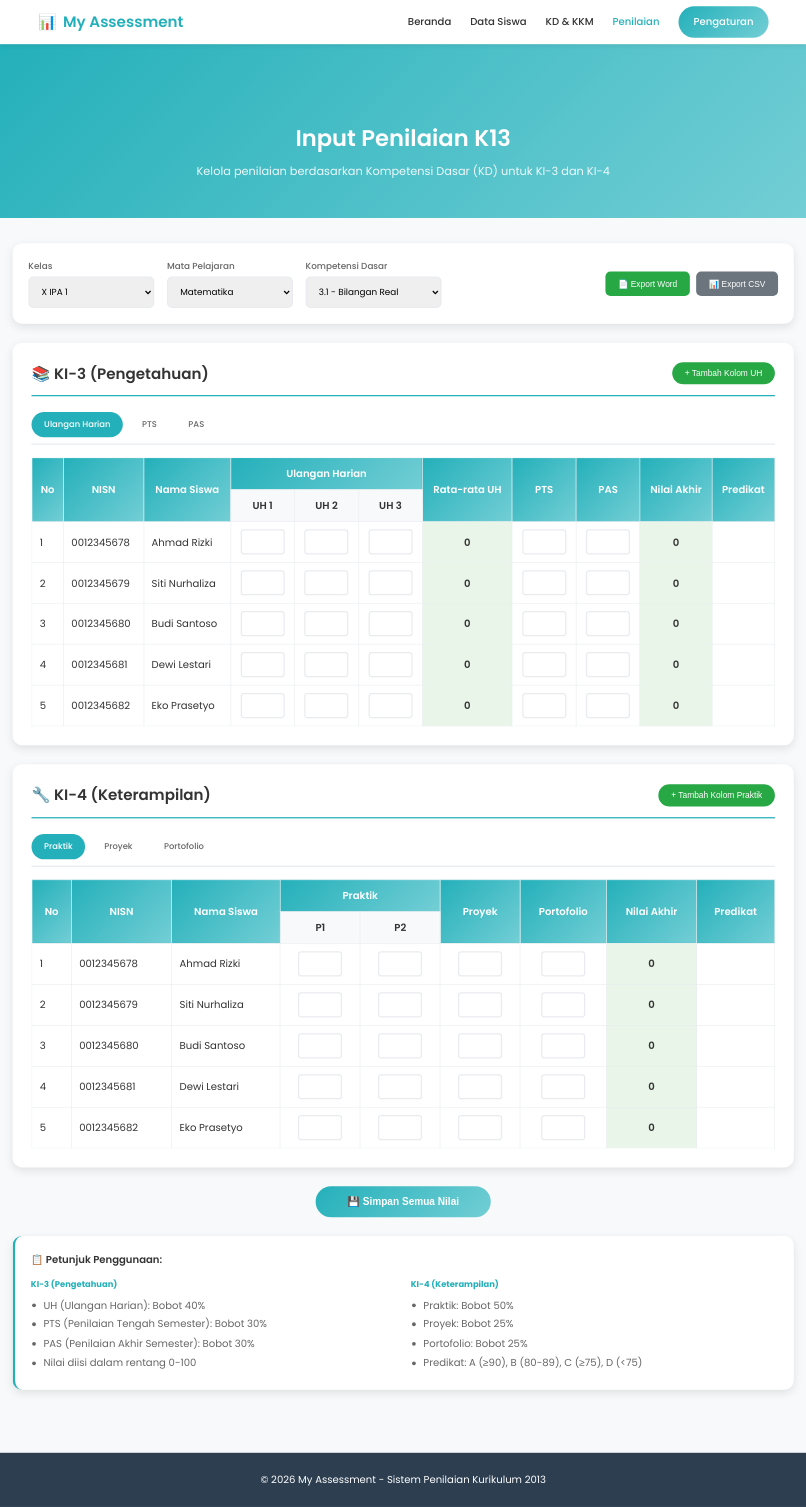
Repository: Ws529/MyAssassment_Final
Page: MyAssessment/penilaian.html
These files come from the project's save history. The page is drawn as it stood at one moment and after the next save; the edit follows.
The browser window is 1280 px wide. The pictures show the whole page, at 63% of full size.

Above is the page before, as saved 2026-01-01 00:40:05.

After the next save:
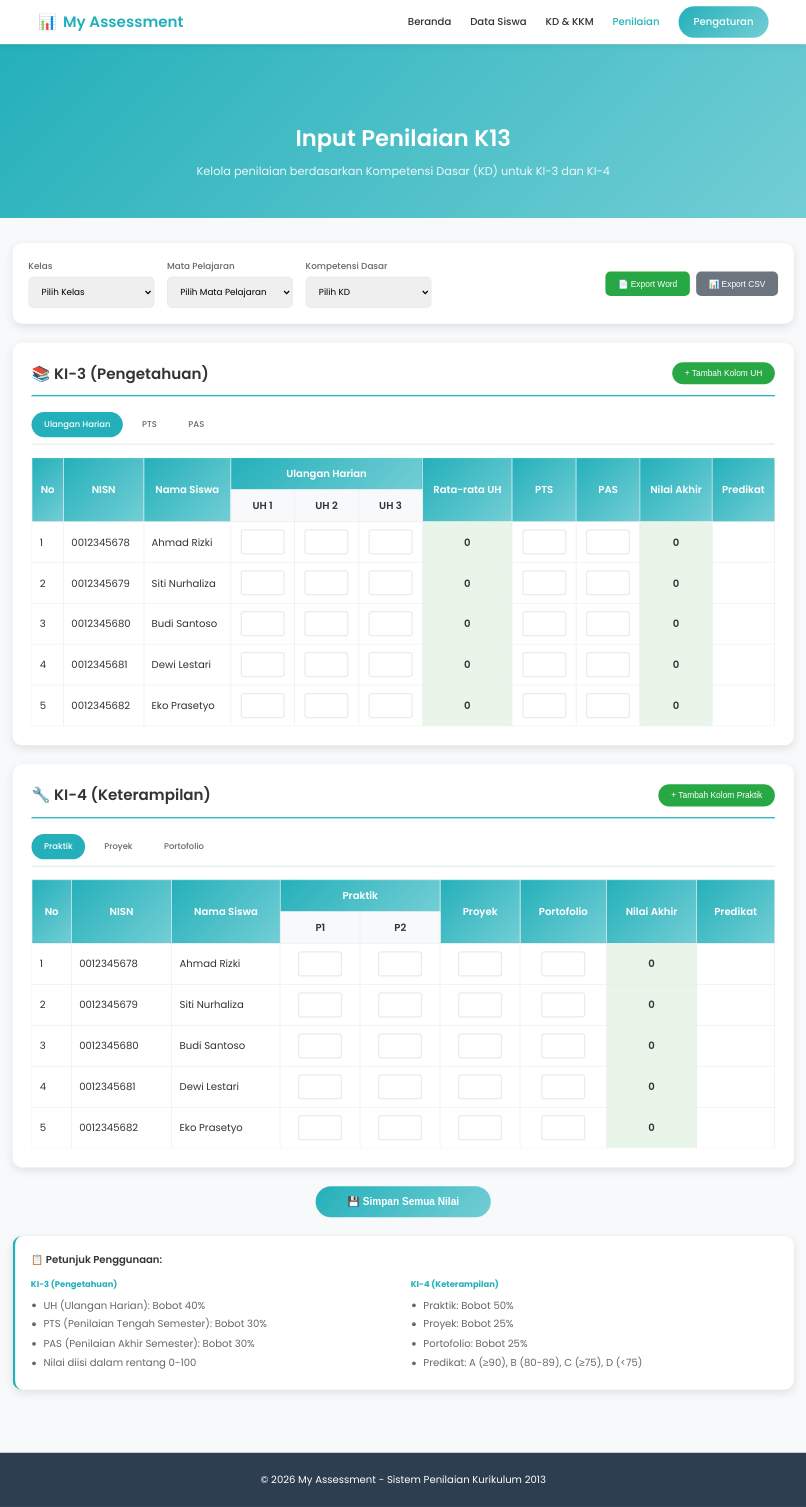
Saved 16 s later.
--- a/MyAssessment/penilaian.html
+++ b/MyAssessment/penilaian.html
@@ -134,29 +134,18 @@
                     <label>Kelas</label>
                     <select class="filter-select" id="filterKelas" onchange="loadGradeData()">
                         <option value="">Pilih Kelas</option>
-                        <option value="X IPA 1" selected>X IPA 1</option>
-                        <option value="X IPA 2">X IPA 2</option>
-                        <option value="XI IPA 1">XI IPA 1</option>
-                        <option value="XI IPA 2">XI IPA 2</option>
                     </select>
                 </div>
                 <div class="filter-group">
                     <label>Mata Pelajaran</label>
-                    <select class="filter-select" id="filterMapel" onchange="loadGradeData()">
+                    <select class="filter-select" id="filterMapel" onchange="loadKDOptions()">
                         <option value="">Pilih Mata Pelajaran</option>
-                        <option value="Matematika" selected>Matematika</option>
-                        <option value="Fisika">Fisika</option>
-                        <option value="Kimia">Kimia</option>
-                        <option value="Biologi">Biologi</option>
                     </select>
                 </div>
                 <div class="filter-group">
                     <label>Kompetensi Dasar</label>
                     <select class="filter-select" id="filterKD" onchange="loadGradeData()">
                         <option value="">Pilih KD</option>
-                        <option value="3.1" selected>3.1 - Bilangan Real</option>
-                        <option value="3.2">3.2 - Persamaan Linear</option>
-                        <option value="4.1">4.1 - Praktik Bilangan</option>
                     </select>
                 </div>
                 <div class="filter-actions">
